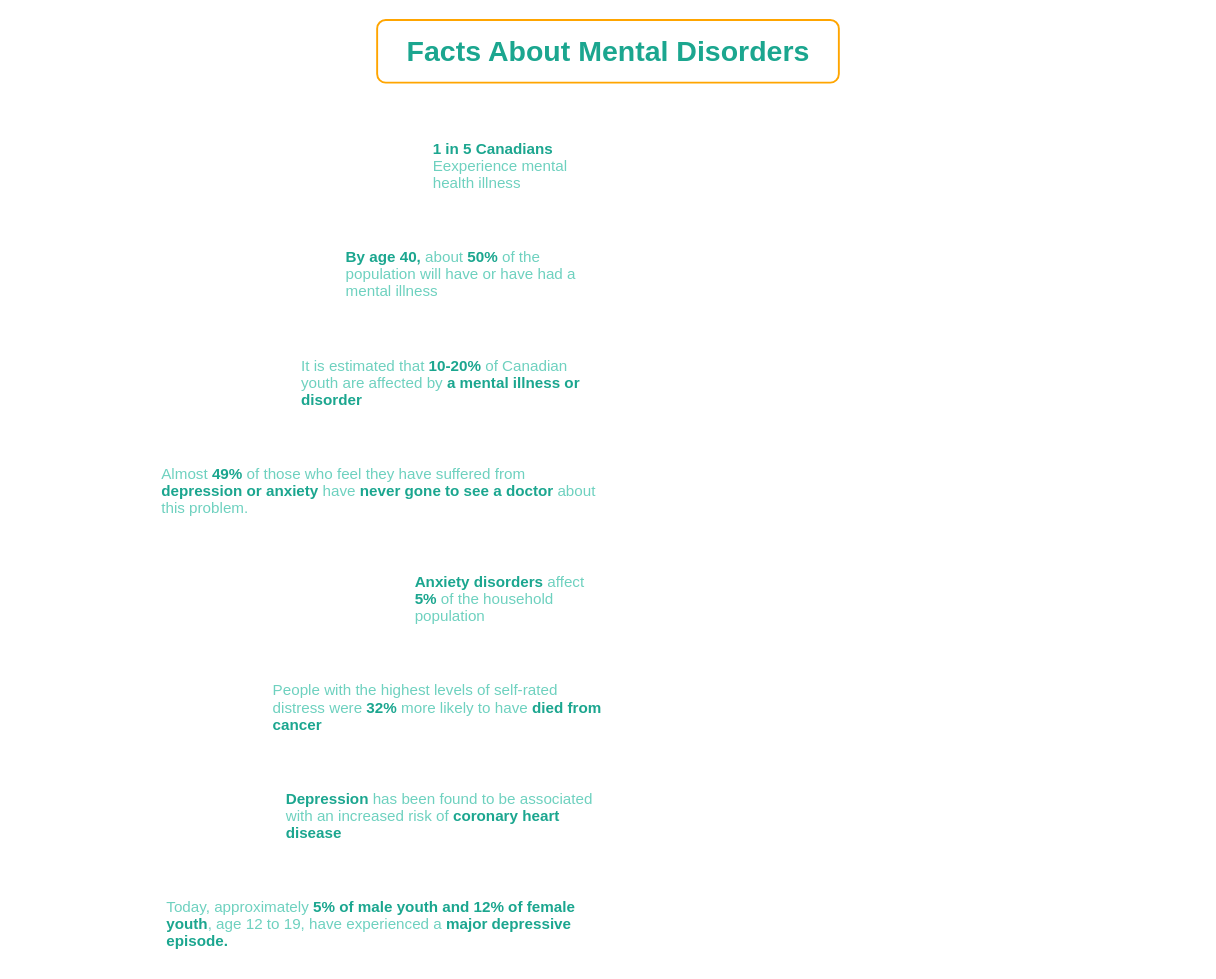
Repository: zzs1/2109-Dynamic-Content-Project
Page: joyce_code/index.html
These files come from the project's save history. The page is drawn as it stood at one moment and after the next save; the edit follows.
The browser window is 1280 px wide. The pictures show the whole page, at 95% of full size.
Some web fonts or font styles are not loaded; a fallback is used.

Above is the page before, as saved 2021-03-08 20:53:44.
Console error: TypeError: Cannot read properties of null (reading 'innerHTML')

### joyce_code/index.html
<!DOCTYPE html>
<html>
  <head>
    <meta charset="UTF-8">
    <title>. </title>
    <link href="style.css" type="text/css" rel="stylesheet">
    <link href="https://fonts.googleapis.com/css2?family=Saira+Semi+Condensed:wght@500&display=swap" rel="stylesheet">
  </head>
  <body>
      <div id="main">

        <h3 id="heading"> Facts About Mental Disorders </h3>

        <div class="boxes" id="box1">
              <div class="text"><strong class="keyword">1 in 5 Canadians</strong> Eexperience mental health illness  </div>
              <div class="pic"></div>
        </div>

        <div class="boxes"  id="box2">
              <div class="pic"></div>
              <div class="text"><strong class="keyword">By age 40,</strong>
                about <div class="highlight">50%</div>  of the population will have or have had a mental illness  </div>
        </div>

        <div class="boxes" id="box3">
              <div class="text">It is estimated that <strong class="keyword">10-20% </strong> of Canadian youth are affected by <div class="highlight">a mental illness or disorder</div> </div>
              <div class="pic"></div>
        </div>

        <div class="boxes"  id="box4">
            <div class="pic"></div>
            <div class="text">Almost <strong class="keyword">49% </strong>of those who feel they have suffered from<strong class="keyword"> depression or anxiety</strong> have <strong class="keyword">never gone to see a doctor</strong> about this problem.</div>
        </div>

        <div class="boxes"  id="box5">
          <div class="text"><div class="highlight">Anxiety disorders</div> affect <div class="highlight">5%</div> of the household population </div>
          <div class="pic"></div>
        </div>

        <div class="boxes" id="box6">
          <div class="pic"></div>
          <div class="text">People with the highest levels of self-rated distress were <div class="highlight">32%</div> more likely to have <div class="highlight">died from cancer</div></div>
        </div>

        <div class="boxes" id="box7">
          <div class="text"><div class="highlight">Depression </div>has been found to be associated with an increased risk of <div class="highlight">coronary heart disease</div> </div>
          <div class="pic"></div>
        </div>

        <div class="boxes" id="box8">
          <div class="text">Today, approximately <div class="highlight">5% of male youth and 12% of female youth</div>, age 12 to 19, have experienced a <div class="highlight">major depressive episode.</div></div>
          <div class="pic"></div>
        </div>

      </div>
      <script src="index.js"></script>
      </body>
      </html>

### joyce_code/style.css
html, body{
    margin:0;
    font-family: 'Saira Semi Condensed', sans-serif;

}

#main{
    width:100vw;
    height:100vh;
    display:flex;
    flex-direction:column;
    align-self: start;
    align-items:center;

}

#heading{
    margin-top: 20px;
    font-size: 30px;
    color:#1BA68F;
    border:2px solid  orange;
    max-height:30%;
    max-width: 80%;
    padding:15px 30px;
    border-radius: 10px;
}

.boxes{
    padding:30px;
    max-height:40%;
    max-width: 80%;
    display: flex;
    flex-direction:column;
}
.text{
    display: inline;
    max-width: 50%;
    color:#6ED1BF;
}

.picture{
    width: 50%;
}

.keyword{
    color:#1BA68F;
}

.highlight{
    display: inline;
    color:#1BA68F;
    font-size: 16px;
    font-weight: bold;
}

### index.js
// DONT TOUCH !!Chisaki JS start from here
document.querySelector(".title").innerHTML += TitleUI("#FFFFFF","#1BA68F","Top 3 Mental illness in US","#1BA68F");
document.querySelector(".card").innerHTML += CardUI("What is top 1 Mental illness ?", "Bipolar disorder", "Anxiety disorder", "Major depressive disorder","Anxiety disorder","Symptoms can include excessive worrying, feeling agitated, restlessness, fatigue, tense muscles, difficulty sleeping, and panic attacks");
document.querySelector(".card").innerHTML += CardUI("What is 2nd Mental illness ?", "Bipolar disorder", "Anxiety disorder", "Major depressive disorder","Major depressive disorder", "Symptoms include depressed mood, change in weight, appetite and sleep patterns, fatigue, and a feeling of worthlessness");
document.querySelector(".card").innerHTML += CardUI("What is 3rd Mental illness ?", "Bipolar disorder", "Anxiety disorder", "Major depressive disorder","Bipolar disorder","Symptoms  include experience manic episodes where their moods and behaviors are drastically different than normal.");
document.querySelector(".title2").innerHTML += TitleUI("#FFFFFF","#FFD4C1","How to improve your mental health?","#FFAA81");
document.querySelector(".icon").innerHTML += IconUI("icon1",'comps/icon/pic1.svg',"EAT WELL");
document.querySelector(".icon").innerHTML += IconUI("icon2",'comps/icon/pic2.svg',"STRECHING");
document.querySelector(".icon").innerHTML += IconUI("icon3",'comps/icon/pic3.jpg',"STOP TOBBACO");
document.querySelector(".icon").innerHTML += IconUI("icon4",'comps/icon/pic4.svg', "TREAT YOURSELF");
document.querySelector(".icon").innerHTML += IconUI("icon5",'comps/icon/pic5.svg', "CHAT CHAT CHAT");
document.querySelector(".icon").innerHTML += IconUI("icon6",'comps/icon/pic6.svg', "PLAN YOUR GOAL");
document.querySelector(".info").innerHTML += InfoUI("info1",'comps/icon/pic1.svg',"Eat and drink to optimize your health","Eating healthy is not only good for your physical health, but also for your mental health. some people release their stress by eating junk foods, taking caffeine, or drinking alcohol, but it is not a good way to release your stress in the long run. Consider making healthy eating and drinking habits. ");
document.querySelector(".info").innerHTML += InfoUI("info2",'comps/icon/pic2.svg',"Exercise regularly","Try to do some exercises because we can ease our stress by moving our body. You can try non-competitive exercises, such as aerobics, weight training, and yoga. According to the study, aerobic exercise can release endorphins which are natural substances that make your feeling better and keep you being positive.");
document.querySelector(".info").innerHTML += InfoUI("info3",'comps/icon/pic3.jpg',"Stop using tobacco and nicotine products","Did you know smoking is not only bad for your physical health, but also mental health? Smoking increases your anxiety and tension. In fact, if you try to stop smoking and get rid of the nicotine, you would feel irritable and anxious due to the signals from certain chemicals in the brain.");
document.querySelector(".info").innerHTML += InfoUI("info4",'comps/icon/pic4.svg', "Study and practice relaxation techniques", "Finding your relaxation way is really important to relieve your stress. It can be anything that you would like to do, such as taking a long bath, deep breathing, doing mindfulness meditation, or daydreaming. In retheraphy, we are also introducing some popular relaxation ways.");
document.querySelector(".info").innerHTML += InfoUI("info5",'comps/icon/pic5.svg', "Talk how you feel to someone","By talking your concerns to someone else, you can organize your feeling. Moreover, someone may give you some advice for your concerns. It is always a good idea to talk your feelings to people you trust. If your concerns are really personal ones, you can also reach out to some professional consultants.");
document.querySelector(".info").innerHTML += InfoUI("info6",'comps/icon/pic6.svg', "Set realistic goals and expectations", "By setting realistic goals and achieving small goals step by step, you can get more and more confident on yourself. For example, if you are trying to go on diet, you can start by walking 1 or 2 bus stops distance once or twice a week. When you making a plan, it is a good idea to consider your plan for the long run.");
// DONT TOUCH !!Chisaki JS End here

After the next save:
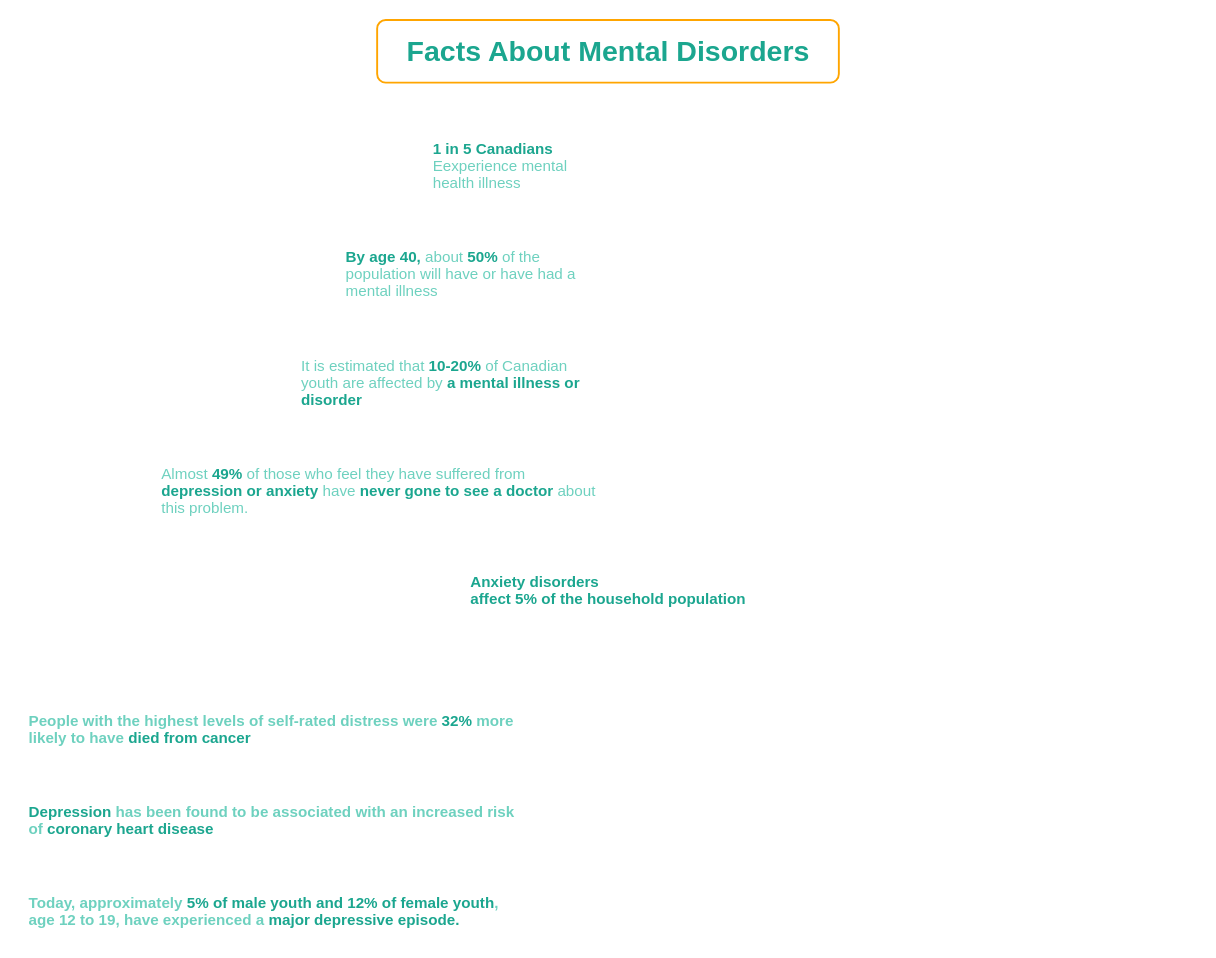
Saved 15 s later.
--- a/joyce_code/index.html
+++ b/joyce_code/index.html
@@ -33,7 +33,7 @@
         </div>
 
         <div class="boxes"  id="box5">
-          <div class="text"><div class="highlight">Anxiety disorders</div> affect <div class="highlight">5%</div> of the household population </div>
+          <div class="text"><strong class="highlight">Anxiety disorders</div> affect <div class="highlight">5%</div> of the household population </div>
           <div class="pic"></div>
         </div>
 

After the 2 saves that followed:
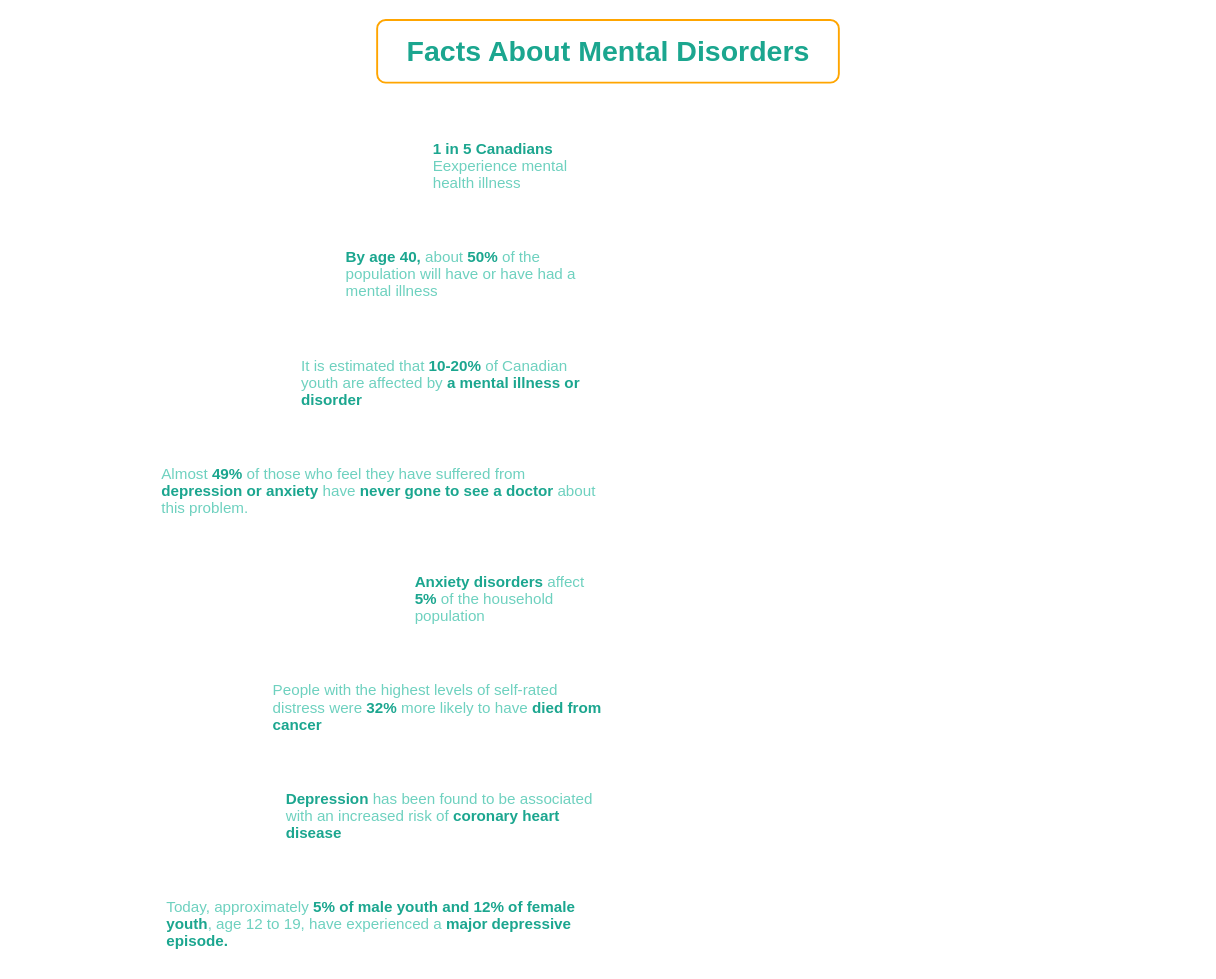
The 2 saves are shown as one change because 1 left the picture as it was.
The last was saved 12 s later.
--- a/joyce_code/index.html
+++ b/joyce_code/index.html
@@ -33,7 +33,7 @@
         </div>
 
         <div class="boxes"  id="box5">
-          <div class="text"><strong class="highlight">Anxiety disorders</div> affect <div class="highlight">5%</div> of the household population </div>
+          <div class="text"><strong class="keyword">Anxiety disorders</strong> affect <div class="highlight">5%</div> of the household population </div>
           <div class="pic"></div>
         </div>
 
